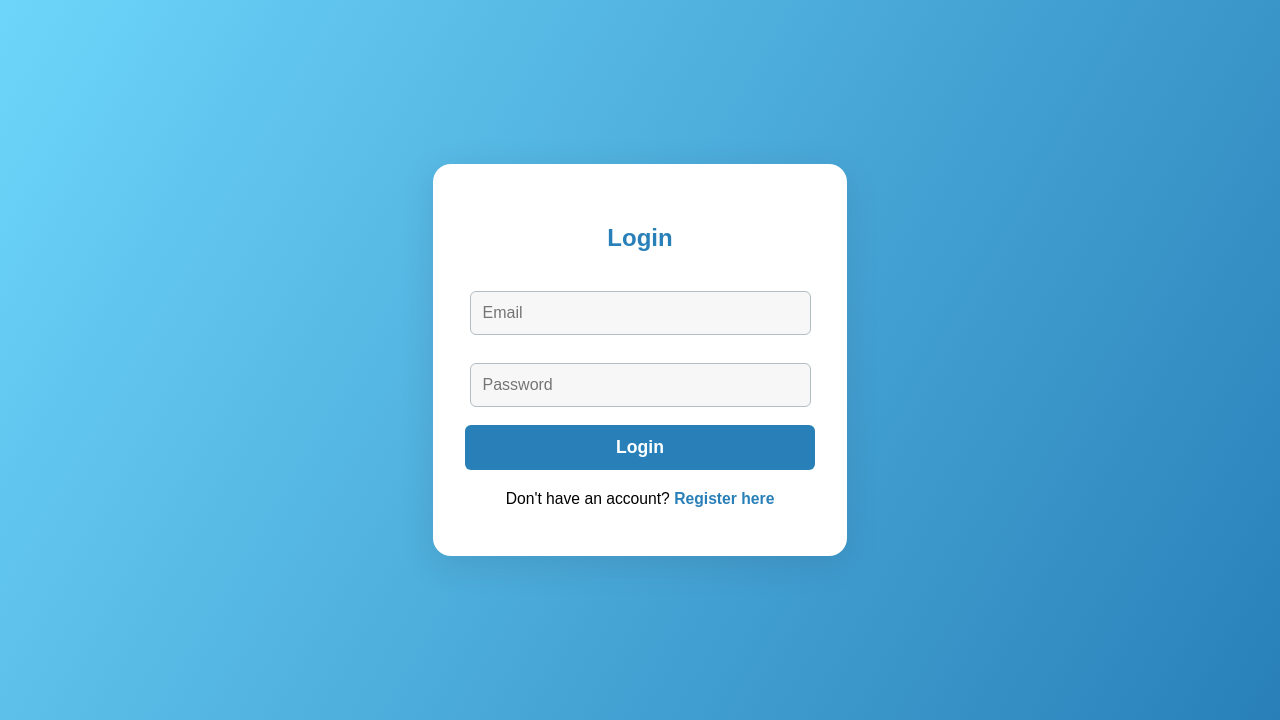
Repository: Keshabkjha/travel-booking-planner
Page: http://localhost/travel-planner/home
These files come from the project's save history. The page is drawn as it stood at one moment and after the next save; the edit follows.
The browser window is 1280 px wide. The pictures show the whole page.
The page is served by Tomcat 9.

Above is the page before, as saved 2025-05-09 08:06:50.

After the next save:
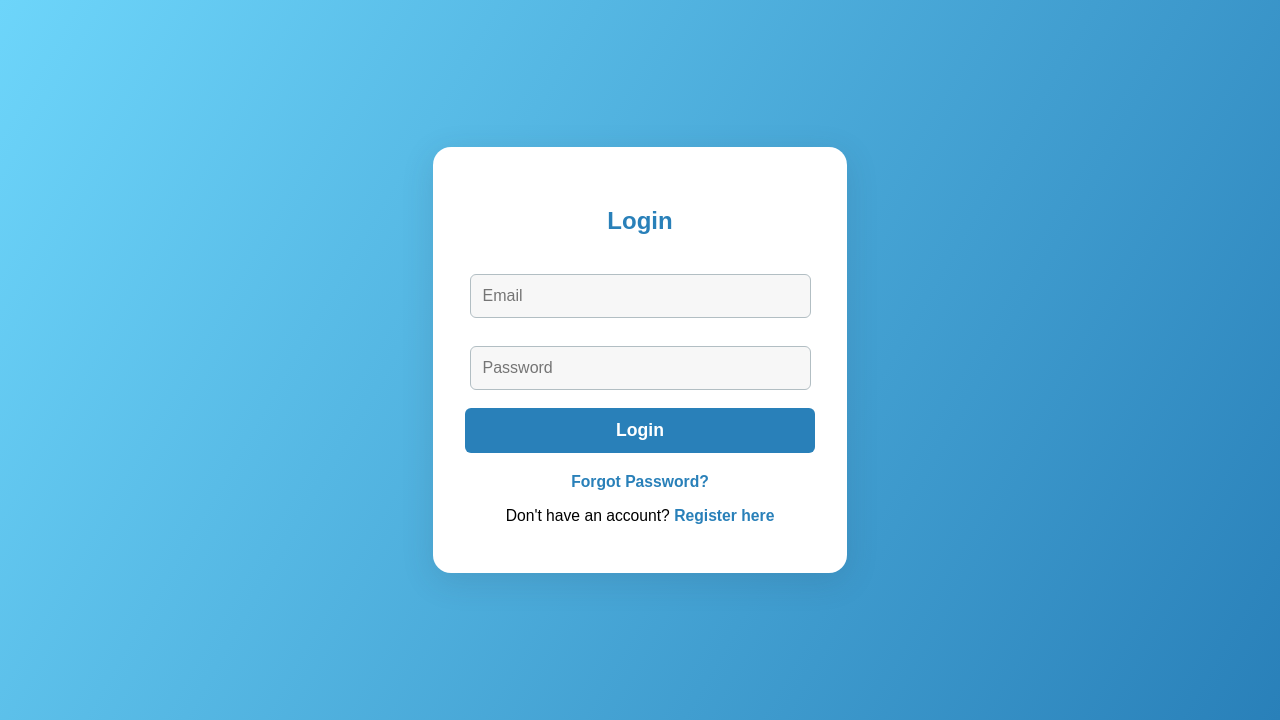
Saved 68 s later.
--- a/travel-and-booking planner website/travel-planner/src/main/webapp/WEB-INF/jsp/login.jsp
+++ b/travel-and-booking planner website/travel-planner/src/main/webapp/WEB-INF/jsp/login.jsp
@@ -84,6 +84,7 @@
 
         <div class="error">${error}</div>
         <div class="switch-link">
+        <p><a href="forgot-password.jsp">Forgot Password?</a></p>
     <p>Don't have an account?   <a href="${pageContext.request.contextPath}/register">Register here</a></p>
         </div>
     </div>
